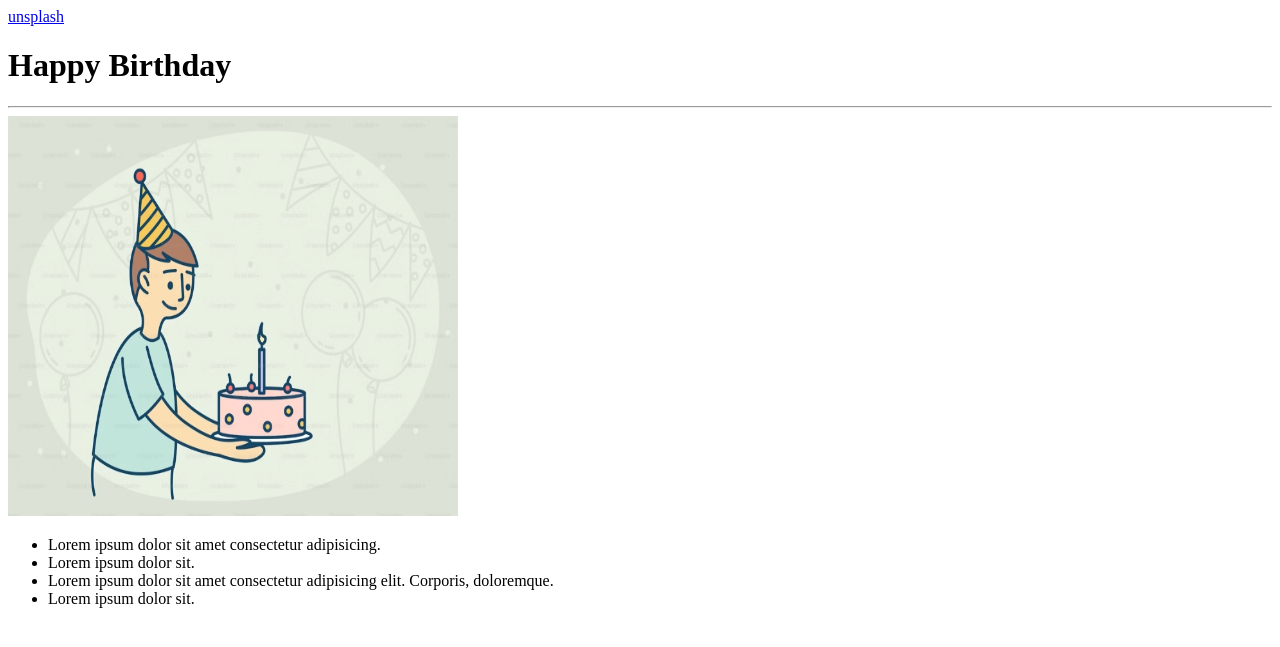
Repository: nguyendonghieu1011-png/project2
Page: index.html
The author's editor kept a copy of each file at every save. The page is drawn from the files as they stood at one save, then again after the next save.
The browser window is 1280 px wide. The pictures show the whole page.

Above is the page before, as saved 2025-11-05 21:14:31.

After the next save:
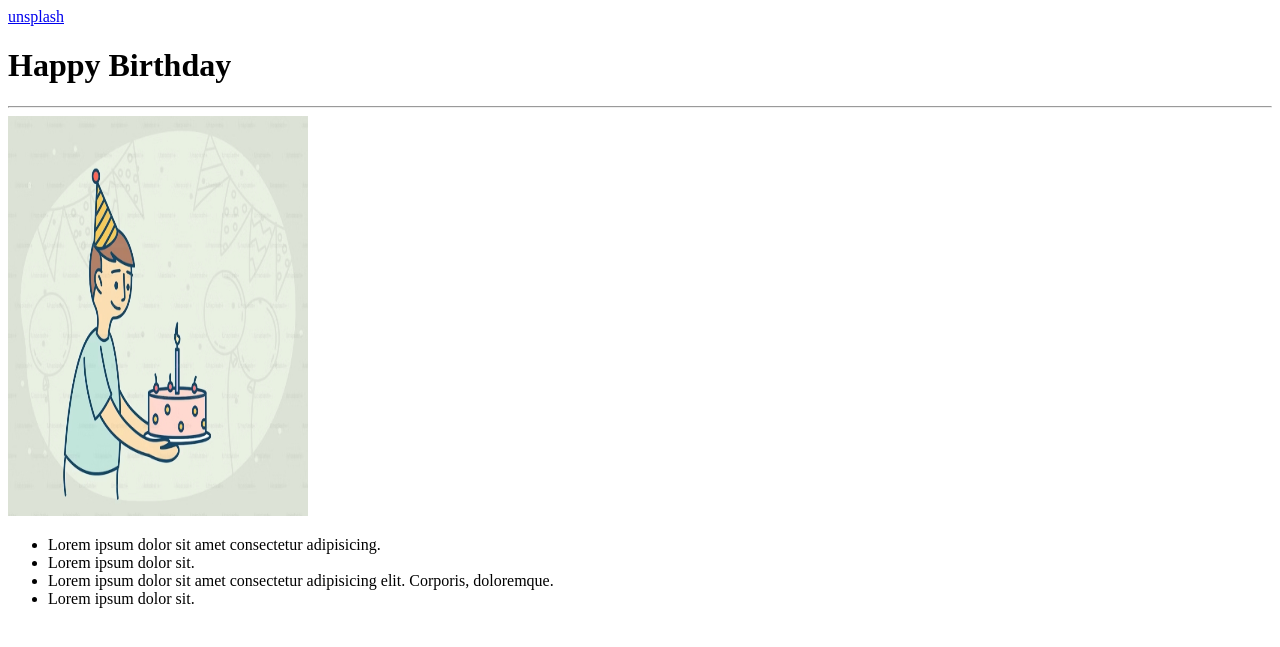
Saved 86 s later.
--- a/index.html
+++ b/index.html
@@ -10,7 +10,7 @@
 
     <h1>Happy Birthday</h1>
     <hr />
-    <img src="img/happtybirthday.jpg" alt="cake" width="450px" height="400px" />
+    <img src="img/happtybirthday.jpg" alt="cake" width="300px" height="400px" />
   </body>
 
   <ul>
